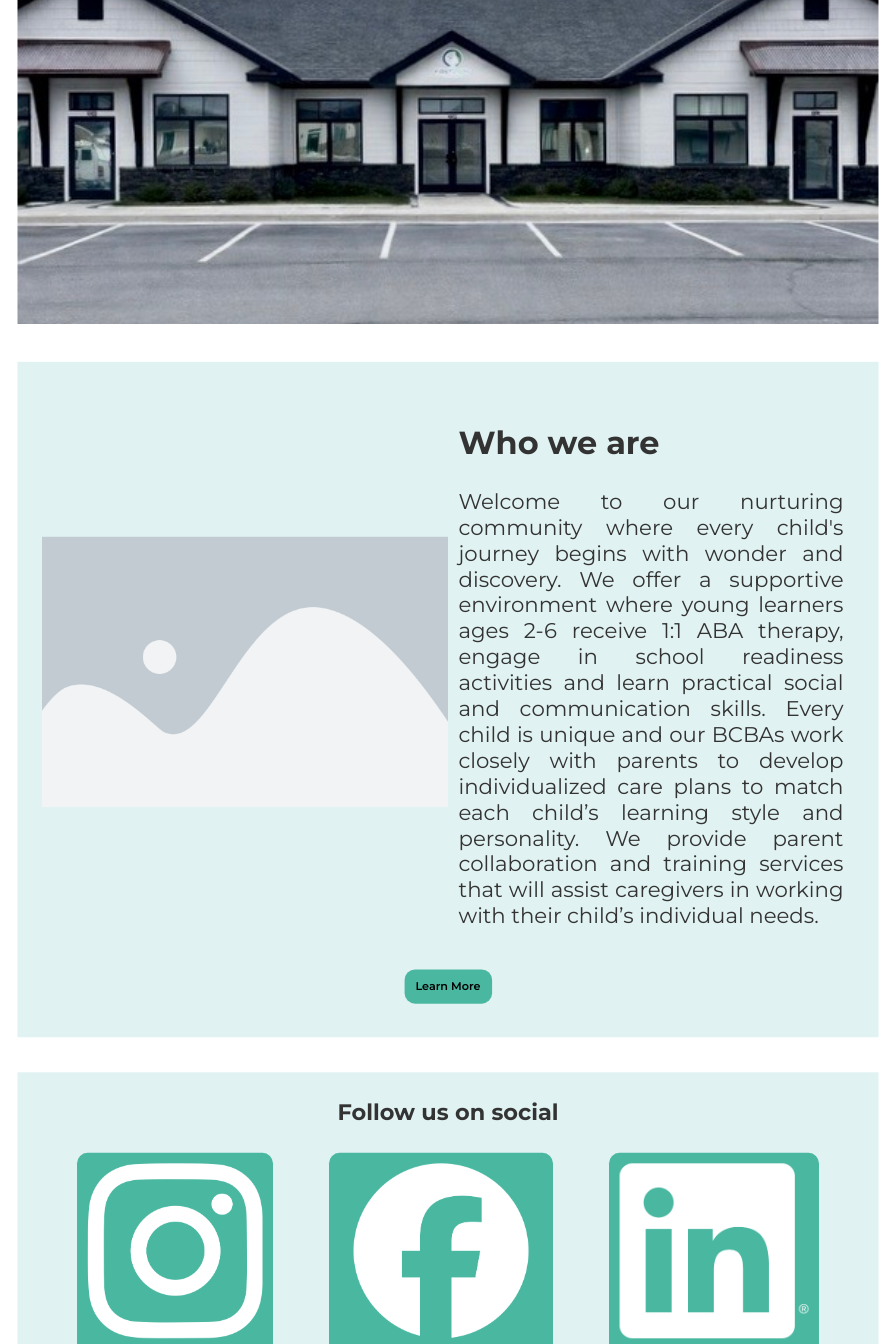
Repository: LordHaphestus/firstStepsAutism
Page: index.html
An editor plug-in stored every save of this project. The page is shown before and after the next save, followed by the edit.
The browser window is 1280 px wide. The pictures show the part of the page from y = 587 to 2507 px (the page is 3167 px tall), at 70% of full size.

Above is the page before, as saved 2026-02-17 22:13:05.

After the next save:
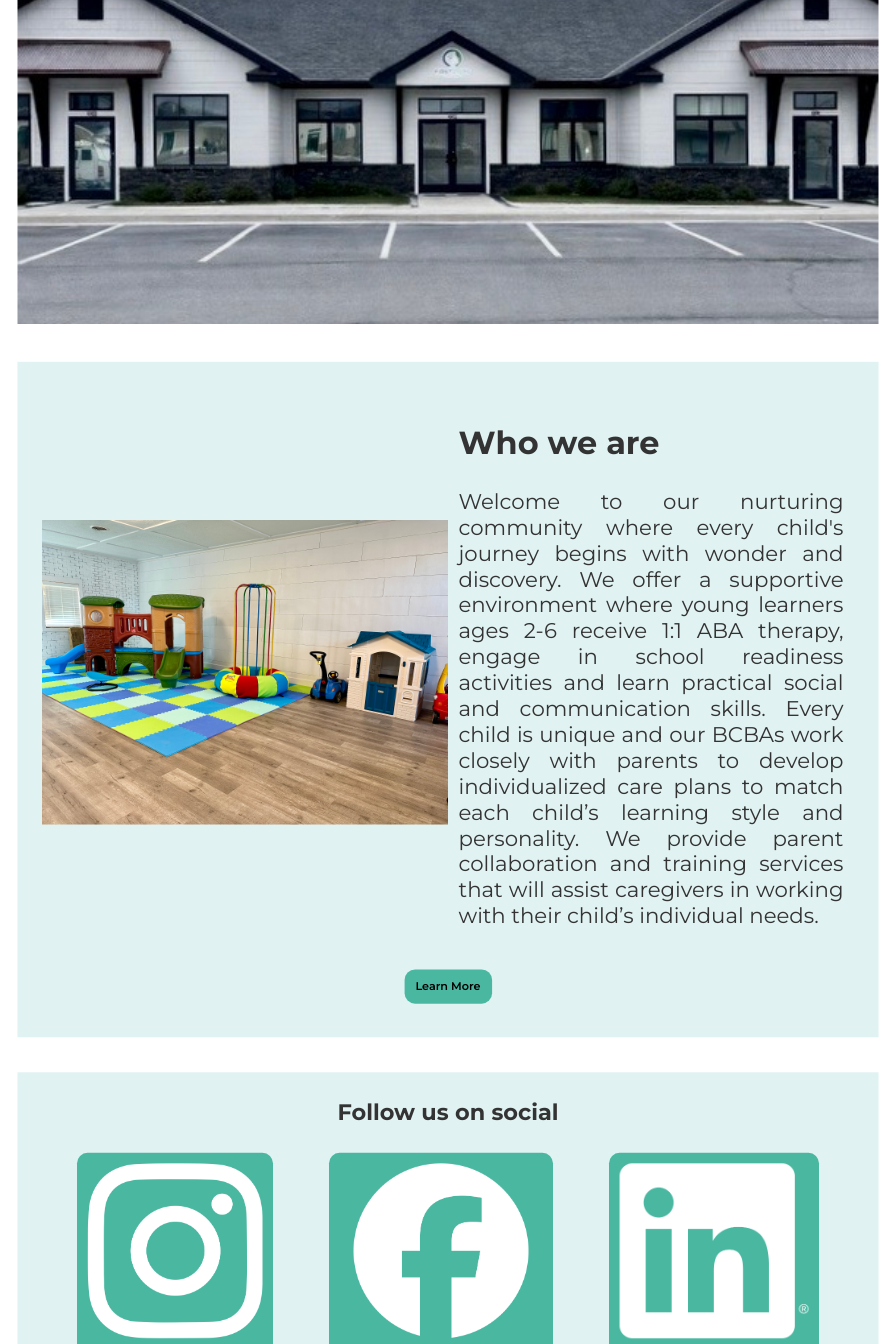
Saved 41 s later.
--- a/index.html
+++ b/index.html
@@ -23,7 +23,7 @@
 
         <div id="aboutUs">
             <section style="grid-column: 1/4;">
-                <img src="images/placeholder.png" alt="Something Here">
+                <img src="images/IMG_3636.jpeg" alt="Something Here">
             </section>
             <section style="grid-column: 4/7;" id="whoweare">
                 <h1>Who we are</h1>
